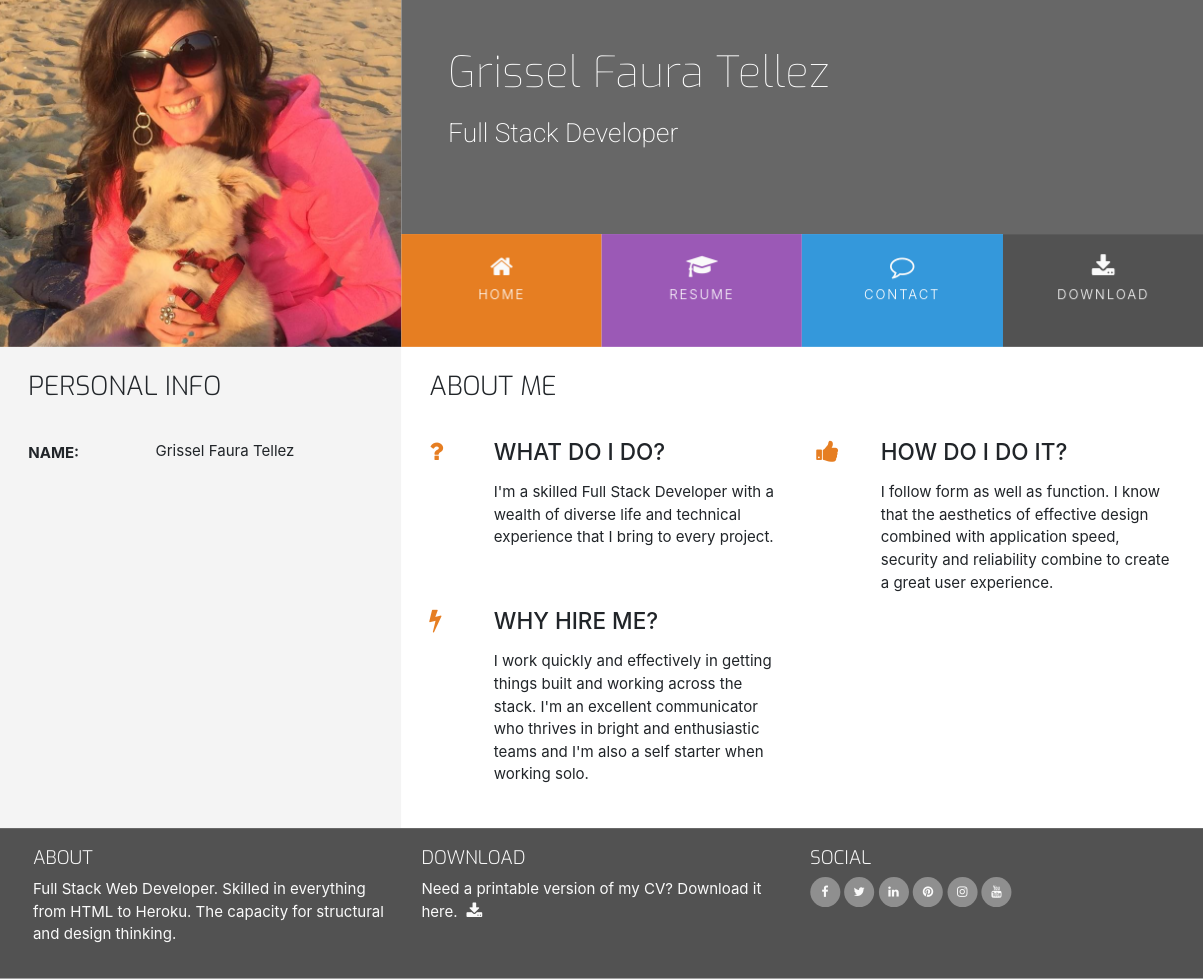
Repository: grisselfaura/Resume-Project-Introduction
Page: index.html
The author's editor kept a record of every edit. The page is drawn from the files as they stood at one moment, then again after the next edit.
The browser window is 1280 px wide. The pictures show the whole page, at 94% of full size.

Above is the page before.

### index.html
<!DOCTYPE html>
<html lang="en">
<head>
    <meta charset="UTF-8">
    <meta name="viewport" content="width=device-width, initial-scale=1.0">
    <meta http-equiv="X-UA-Compatible" content="ie=edge">
    <link rel="stylesheet" href="https://stackpath.bootstrapcdn.com/bootstrap/4.3.1/css/bootstrap.min.css" type="text/css" />
    <link rel="stylesheet" href="https://stackpath.bootstrapcdn.com/font-awesome/4.7.0/css/font-awesome.min.css" type="text/css" />
    <link rel="stylesheet" href="https://cdnjs.cloudflare.com/ajax/libs/hover.css/2.3.1/css/hover-min.css" type="text/css" />
    <link rel="stylesheet" href="assets/CSS/style.css" type="text/css" />
    <title>Grissel</title>
</head>
<body>
    <header>
       <div class="row no-gutters">
           <a class="col-md-4 logo" href="index.html"></a>
           <div class="col-md-8">
               <div class="row no-gutters bg-color-name-title">
                   <div class="col heading">
                       <h1 class="name">Grissel Faura Tellez</h1>
                       <h2 class="title">Full Stack Developer</h2>
                    </div>
               </div>
               <div class="row no-gutters">
                   <div class="col">
                       <ul id="nav" class="list-inline menucontainer">
                           <li class="col-6 col-sm-3 ui-menu-color-home list-inline-item menuitem">
                               <a href="#" class="hvr-sweep-to-bottom"><i class="fa fa-home" aria-hidden="true"></i><span>Home</span></a>
                           </li>
                           <li class="col-6 col-sm-3 ui-menu-color-resume list-inline-item menuitem">
                               <a href="#" class="hvr-sweep-to-bottom"><i class="fa fa-graduation-cap" aria-hidden="true"></i><span>Resume</span></a>
                           </li>
                           <li class="col-6 col-sm-3 ui-menu-color-contact list-inline-item menuitem">
                               <a href="#" class="hvr-sweep-to-bottom"><i class="fa fa-comment-o" aria-hidden="true"></i><span>Contact</span></a>
                           </li>
                           <li class="col-6 col-sm-3 ui-menu-color-download list-inline-item menuitem">
                               <a href="#" class="hvr-sweep-to-bottom"><i class="fa fa-download" aria-hidden="true"></i><span>Download</span></a>
                           </li>
                       </ul>
                   </div>
               </div>
           </div>
       </div>
    </header>
    <section class="container-fluid">
        <div class="row">
            <div class="col-md-4 bg-color-personal-info section-column">
                <div class="row">
                    <div class="col-12">
                        <h3 class="section-heading uppercase">Personal Info</h3>
                    </div>
                </div>
                <div class="personal-info-item">
                    <div class="key">
                        <p class="uppercase">
                            Name:
                        </p>
                    </div>
                    <div class="value">
                        <p>
                         Grissel Faura Tellez
                        </p>

                    </div>
                </div>

            </div>
            <div class="col-md-8 bg-color-three-reasons section-column">
                <div class="row">
                    <div class="col">
                        <h3 class="section-heading uppercase">About me</h3>
                    </div>
                </div>
                <div class="row">
                    <div class="col-10 offset-1 offset-sm-0 col-sm-4 col-md-6">
                        <div class="row">
                            <div class="col-2">
                                <i class="three-reasons-icon fa fa-question" aria-hidden="true"></i>
                            </div>
                            <div class="col-10">
                                <h4 class="three-reasons-heading uppercase">What do I do?</h4>
                                <p>
                                    I'm a skilled Full Stack Developer with a wealth of diverse life and technical experience that I bring to every project.
                                </p>
                            </div>
                        </div>
                    </div>
                    <div class="col-10 offset-1 offset-sm-0 col-sm-4 col-md-6">
                        <div class="row">
                            <div class="col-2">
                                <i class="three-reasons-icon fa fa-thumbs-up" aria-hidden="true"></i>
                            </div>
                            <div class="col-10">
                                <h4 class="three-reasons-heading uppercase">How do I do it?</h4>
                                <p>
                                    I follow form as well as function. I know that the aesthetics of effective design combined with application speed, security and reliability combine to create a great user experience.
                                </p>
                            </div>
                        </div>
                    </div>
                    <div class="col-10 offset-1 offset-sm-0 col-sm-4 col-md-6">
                        <div class="row">
                            <div class="col-2">
                                <i class="three-reasons-icon fa fa-bolt" aria-hidden="true"></i>
                            </div>
                            <div class="col-10">
                                <h4 class="three-reasons-heading uppercase">Why hire me?</h4>
                                <p>
                                   I work quickly and effectively in getting things built and working across the stack.
                                   I'm an excellent communicator who thrives in bright and enthusiastic teams and
                                   I'm also a self starter when working solo.
                                </p>
                            </div>
                        </div>
                    </div>
                </div>
            </div>
        </div>

    </section>


    <footer class="container-fluid">
        <div id="footer-details" class="row">
            <div class="col-sm-4">
                <h5 class="uppercase general-sub">About</h5>
                <p class ="inline-block">
                Full Stack Web Developer. Skilled in everything from HTML to Heroku. The capacity for structural and design thinking.</p>
            </div>
            <div class="col-sm-4">
                <h5 class="uppercase general-sub">Download</h5>
                <p class ="inline-block">
                Need a printable version of my CV? Download it here.
                    <a href="#" target="_blank" class="cv-pdf">
                        <i class="fa fa-download" aria-hidden="true"></i>
                        <span class="sr-only">Download link again.</span>
                    </a>
                </p>
             </div>
            <div class="col-sm-4">
                <h5 class="uppercase general-sub">Social</h5>
                <ul class="list-inline social-links">
                    <li class="list-inline-item">
                        <a target="_blank" href="#">
                            <i class="fa fa-facebook" aria-hidden="true"></i>
                            <span class="sr-only">Facebook</span>
                        </a>
                    </li>
                    <li class="list-inline-item">
                        <a target="_blank" href="#">
                            <i class="fa fa-twitter" aria-hidden="true"></i>
                            <span class="sr-only">Twitter</span>
                        </a>
                    </li>
                     <li class="list-inline-item">
                        <a target="_blank" href="#">
                            <i class="fa fa-linkedin" aria-hidden="true"></i>
                            <span class="sr-only">LinkedIn</span>
                        </a>
                    </li>
                    <li class="list-inline-item">
                        <a target="_blank" href="#">
                            <i class="fa fa-pinterest" aria-hidden="true"></i>
                            <span class="sr-only">Pinterest</span>
                        </a>
                    </li>
                    <li class="list-inline-item">
                        <a target="_blank" href="#">
                            <i class="fa fa-instagram" aria-hidden="true"></i>
                            <span class="sr-only">Instagram</span>
                        </a>
                    </li>
                    <li class="list-inline-item">
                        <a target="_blank" href="#">
                            <i class="fa fa-youtube" aria-hidden="true"></i>
                            <span class="sr-only">Youtube</span>
                        </a>
                    </li>
                </ul>
            </div>
        </div>
    </footer>
</body>
</html>

### assets/CSS/style.css
@import url('https://fonts.googleapis.com/css?family=Roboto:100,200,300,400,500,600,700|Exo:100,200,300,400,500,600,700');

/*---------------------------------Colours*/

.bg-color-name-title {
    background-color: #676767;
}

.bg-color-three-reasons {
    background-color: #fff;
}

.bg-color-personal-info {
    background-color: #f4f4f4;
}

.ui-menu-color-home {
     background-color: #e67e22;
}

.ui-menu-color-resume {
     background-color: #9b59b6;
}

.ui-menu-color-contact {
     background-color: #3498db;
}

.ui-menu-color-download {
     background-color: #525252;
}
/*---------------------------------Special paddings/margins/text*/

h1,
h2,
h3,
h4 {
    margin: 0;
}

.uppercase {
   text-transform: uppercase;
}

.general-sub {
    font-family: "Exo", sans-serif;
    font-weight: 300;
    color: #fafafa;
}

.inline-block {
    display: inline-block;
}

.row-table {
    display: table;
}

.section-column {
    display: table-cell;
    padding: 0 30px 30px;
    float: none;
}

.section-heading {
    font-family: "Exo", sans-serif;
    font-weight: 300;
    margin-top: 25px;
    margin-bottom: 40px;
}

/*---------------------------------Heading*/
header {
    margin: 0;
}

.heading {
    margin-left: 50px;
}

.logo {
    background: url("../images/gri.jpg");
    background-position: center;
    background-repeat: no-repeat;
    background-size: cover;
    min-height: 360px;
    transition: all .5s ease-in-out;
    -moz-transition: all .5s ease-in-out;
    -webkit-transition: all .5s ease-in-out;
}

.name {
    font-family: "Exo", sans-serif;
    font-weight: 100;
    font-size: 46px;
    margin-top: 50px;
    color: #ffffff;
}

.title {
    font-family: "Roboto", sans-serif;
    font-weight: 200;
    font-size: 28px;
    margin-top: 20px;
    margin-bottom: 90px;
    color: #ffffff;
}
.list-inline-item:not(:last-child) {
    margin-right: 0;
}
.menucontainer {
    font-size: 0;
}

#nav {
    margin: 0
}

#nav li {
    font-size: 14px;
    padding: 0;
}

.menuitem {
    height: 120px;
    text-align: center;
    padding: 0;
}

.menuitem a {
    width: 100%;
    text-decoration: none;
    color: #fff;
    height: 120px;
}

.menuitem a i {
    padding-top: 22px;
    display: block;
    color: #fafafa;
    font-size: 26px;
}

.menuitem span {
    display: block;
    width: 100%;
    padding-top: 5px;
    text-align: center;
    text-transform: uppercase;
    font-size: 14px;
    font-weight: 300;
    letter-spacing: 2px;
}

/*---------------------------------Hover.css*/
.hvr-sweep-to-bottom:before {
    background: rgba(0,0,0,0.2);
    height: 120px;
}

/*---------------------------------Footer*/

footer {
    background-color: #525252;
    color: #fafafa;
    min-height: 120px;
    margin: 0;
}

.cv-pdf i {
  font-size: 18px;
  color: #fafafa;
  text-align: center;
  padding-left: 5px;
  transition: all 0.35s ease-in-out;
  -moz-transition: all 0.35s ease-in-out;
  -webkit-transition: all 0.35s ease-in-out;
  -o-transition: all 0.35s ease-in-out;
}

.cv-pdf i:hover {
  color: #e84610;
}

.social-links {
    padding-bottom: 15px;
}

.social-links li a i {
    width: 32px;
    height: 32px;
    padding: 12px 0;
    border-radius: 50%;
    font-size: 13px;
    line-height: 7px;
    text-align: center;
    color: #fafafa;
    background: #8f8f8f;
    transition: all 0.35s ease-in-out;
    -moz-transition: all 0.35s ease-in-out;
    -webkit-transition: all 0.35s ease-in-out;
    -o-transition: all 0.35s ease-in-out;
}

.social-links li a i:hover {
    background: #e84610;
}

#footer-details {
    padding: 20px;
}

/*---------------------------------Three Reasons*/

.three-reasons-icon {
    font-size: 26px;
    color: #e67e22;
}

.three-reasons-heading {
    margin-bottom: 15px;
}

/*---------------------------------Personal Info*/
.personal-info-item {
    margin-bottom: 20px;
    display: block;
    clear: both;
}

.personal-info-item .key,
.personal-info-item .value {
    padding-right: 8px;
    display: inline-block;
}

.personal-info-item .key p,
.personal-info-item .value p {
    margin: 0;
}

.personal-info-item .key {
    width: 30%;
    margin-right: 21px;
    padding-top: 2px;
    vertical-align: top;
}

.personal-info-item .key p {
    font-weight: 700;
}

.personal-info-item .value {
    position: relative;
    width: 60%;
}

After the next edit:
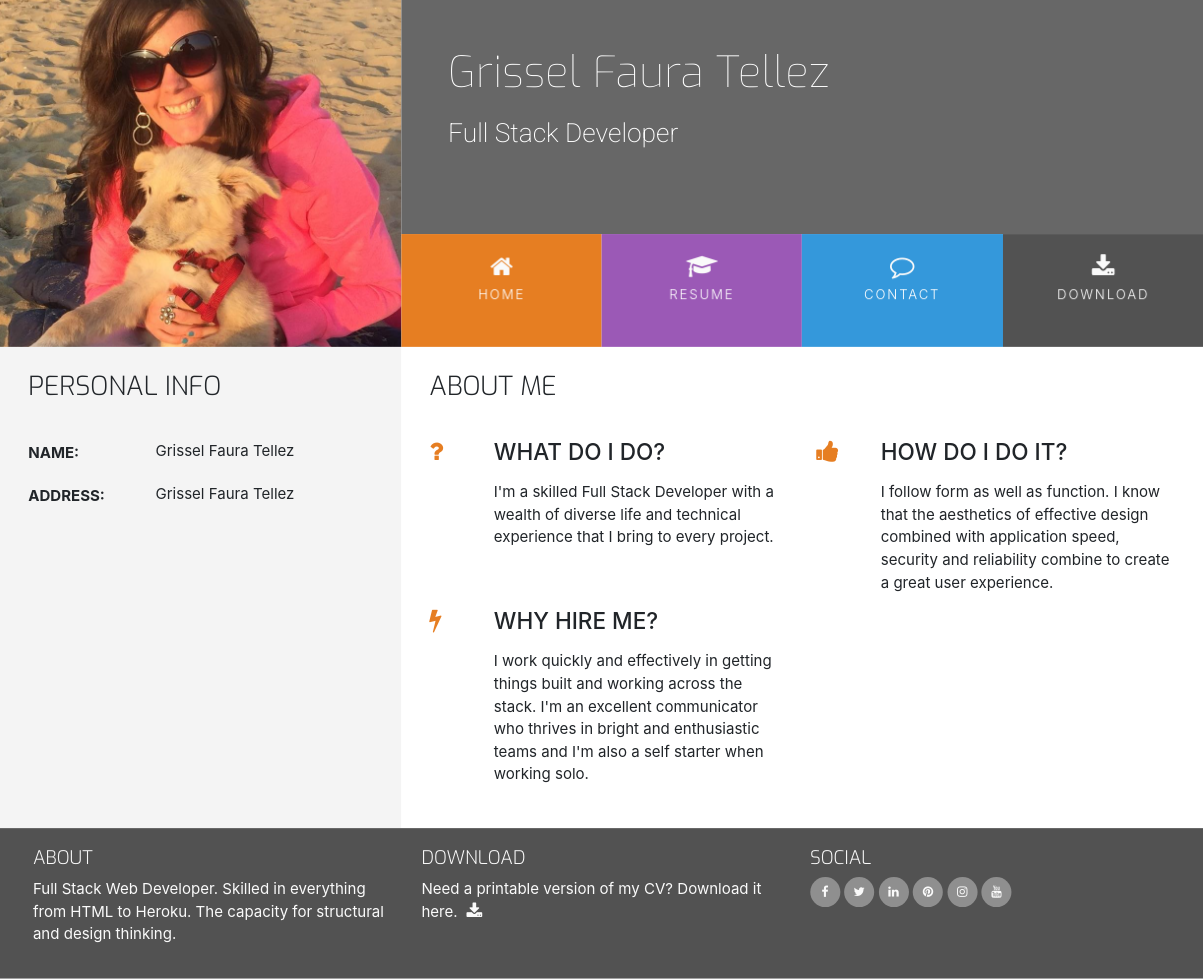
The edit:
--- a/index.html
+++ b/index.html
@@ -54,6 +54,19 @@
                     <div class="key">
                         <p class="uppercase">
                             Name:
+                        </p>
+                    </div>
+                    <div class="value">
+                        <p>
+                         Grissel Faura Tellez
+                        </p>
+
+                    </div>
+                </div>
+                <div class="personal-info-item">
+                    <div class="key">
+                        <p class="uppercase">
+                            Address:
                         </p>
                     </div>
                     <div class="value">
